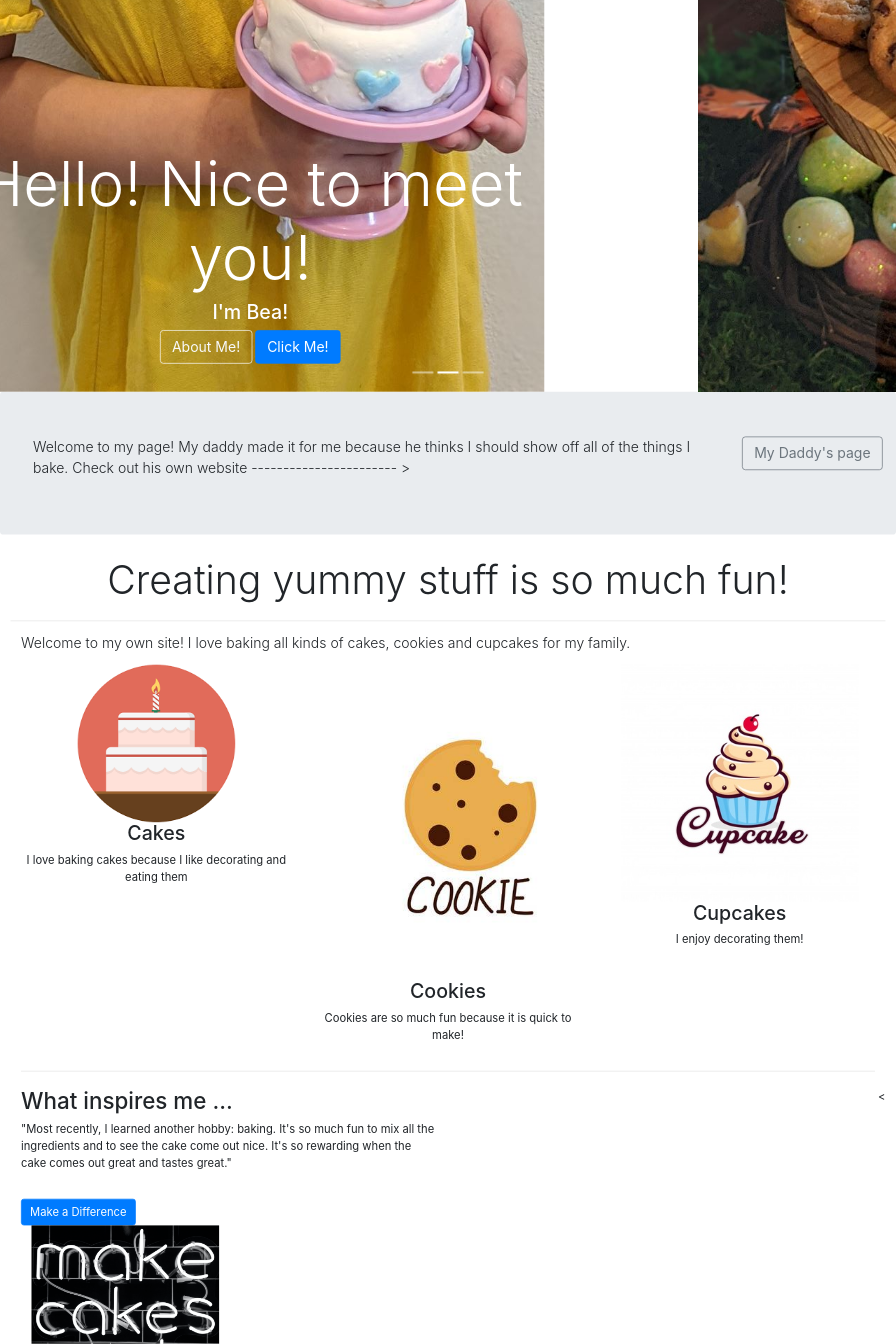
Repository: djzaragoza/Bea-Creation
Page: index.html
An editor plug-in stored every save of this project. The page is shown before and after the next save, followed by the edit.
The browser window is 1280 px wide. The pictures show the part of the page from y = 1381 to 3301 px (the page is 3301 px tall), at 70% of full size.
Some web libraries are served in a nearby version.

Above is the page before, as saved 2020-04-07 21:11:55.

### index.html
<!DOCTYPE html>
<html lang="en">
<head>
    <meta charset="utf-8">
    <meta name="viewport" content="width=device-width, initial-scale=1">
    <title>Bea's Creation</title>
    <link rel="stylesheet" href="https://maxcdn.bootstrapcdn.com/bootstrap/4.0.0/css/bootstrap.min.css">
    <script src="https://ajax.googleapis.com/ajax/libs/jquery/3.3.1/jquery.min.js"></script>
    <script src="https://cdnjs.cloudflare.com/ajax/libs/popper.js/1.12.9/umd/popper.min.js"></script>
    <script src="https://maxcdn.bootstrapcdn.com/bootstrap/4.0.0/js/bootstrap.min.js"></script>
    <script src="https://use.fontawesome.com/releases/v5.0.8/js/all.js"></script>
    <link rel="style.css" rel="stylesheet">
</head>
<body>

<!-- navigation -->
<nav class="navbar navbar-expand-md navbar-light bg-light sticky-top">
<div class="container-fluid">
    <a class="navbar-brand" href="#"><img src=""></a>
    <button class="navbar-toggler" type="button" data-toggle="collapse" data-target="#navbarResponsive">
        <span class="navbar-toggler-icon"></span>
    </button>
    <div class="collapse navbar-collapse" id="navbarResponsive">
        <ul class="navbar-nav ml-auto">
            <li class="nav-item active">
                <a class="nav-link" href="#">Home</a>
            </li>
            <li class="nav-item">
                <a class="nav-link" href="#">Cakes</a>
            </li>
            <li class="nav-item">
                <a class="nav-link" href="#">Cupcakes</a>
            </li>
            <li class="nav-item">
                <a class="nav-link" href="#">Cookies</a>
            </li>
        </ul>
    </div>

</div>


</nav>


<!-- image slider -->
<div id="slides" class="carousel slide" data-ride="carousel">
    <ul class="carousel-indicators">
        <li data-target="#slides" data-slide-to="0" class="active"></li>
        <li data-target="#slides" data-slide-to="1">
        <li data-target="#slides" data-slide-to="2">
    </ul>
    <div class="carousel-inner">
        <div class="carousel-item active">
            <img src="img/bea_cover_photo.jpg">
            <div class="carousel-caption">
                <h1 class="display-2">Hello! Nice to meet you!</h1>
                <h3>I'm Bea!</h3>
                <button type="button" class="btn btn-outline-light btn-lg">About Me!</button>
                <button type="button" class="btn btn-primary btn-lg">Click Me!</button>
            </div>
        </div>
        <div class="carousel-item">
            <img src="img/bea_home_cookies.jpg">
        </div>
        <div class="carousel-item">
            <img src="img/bea_home_cupcakes.jpg">
        </div>
    </div>
</div>


<!-- jumbotron -->
<div class="container-fluid">
    <div class="row jumbotron">
        <div class="column-xs-12 col-sm-12 col-md-9 col-lg-9 col-xl-10">
            <p class="lead">Welcome to my page!  My daddy made it for me because he thinks I should show off all of the things I bake.  Check out his own website      ----------------------- > </p>
        </div>
        <div class="col-xs-12 col-sm-12 col-md-3 col-lg-3 col-xl-2">
            <a href="https://www.djzaragoza.dev" target="_blank"><button type="button" class="btn btn-outline-secondary btn-lg">My Daddy's page</button></a>
        </div>

    </div>
</div>

<!-- welcome section -->

<div class="container-fluid padding">
<div class="row welcome text-center">
    <div class="col-12">
        <h1 class="display-4">Creating yummy stuff is so much fun!</div>
    </div>
    <hr>
    <div class="col-12">
        <p class="lead">Welcome to my own site!  I love baking all kinds of cakes, cookies and cupcakes for my family.</p>
    </div>
<div>
</div>

<!-- three column section -->
<div class="container-fluid padding">
<div class="row text-center padding">
    <div class="col-xs-12 col-sm-6 col-md-4">
        <img src="img/cake_icon.png">
        <h3>Cakes</h3>
        <p>I love baking cakes because I like decorating and eating them</p>
    </div>
    <div class="col-xs-12 col-sm-6 col-md-4">
        <img src="img/cookie_icon.jpg">
        <h3>Cookies</h3>
        <p>Cookies are so much fun because it is quick to make!</p>
    </div>
    <div class="col-sm-12 col-md-4">
        <img src="img/cupcake_icon.jpg">
        <h3>Cupcakes</h3>
        <p>I enjoy decorating them!</p>
    </div>
</div>
<hr class="my-4">
</div>

<!-- two column section -->

<div class="container-fluid padding">
    <div class="row padding">
        <div class="col-md-12 col-lg-6">
            <h2>What inspires me ...</h2>
            <p>"Most recently, I learned another hobby: baking.  It's so much fun to mix all the ingredients and to see the cake come out nice.  It's so rewarding when the cake comes out great and tastes great."
            </p>
            <br>
            <a href="https://www.icingsmiles.org" target="_blank" class="btn btn-primary">Make a Difference</a>
        <div>
        <div class="col-lg-6">
            <img src="img/family_baking_icon.jpg" class="img-fluid">
        </div>
    </div>
</div>
<hr class="my-4">
<!-- fixed background -->
<figure>
    <div class="fixed-wrap">
        <div id="fixed">
        </div>
    </div>
</figure>


<!-- emoji section -->
<

<!-- meet the team -->

<!-- cards -->

<!-- two column section -->







</body>



</html>

After the next save:
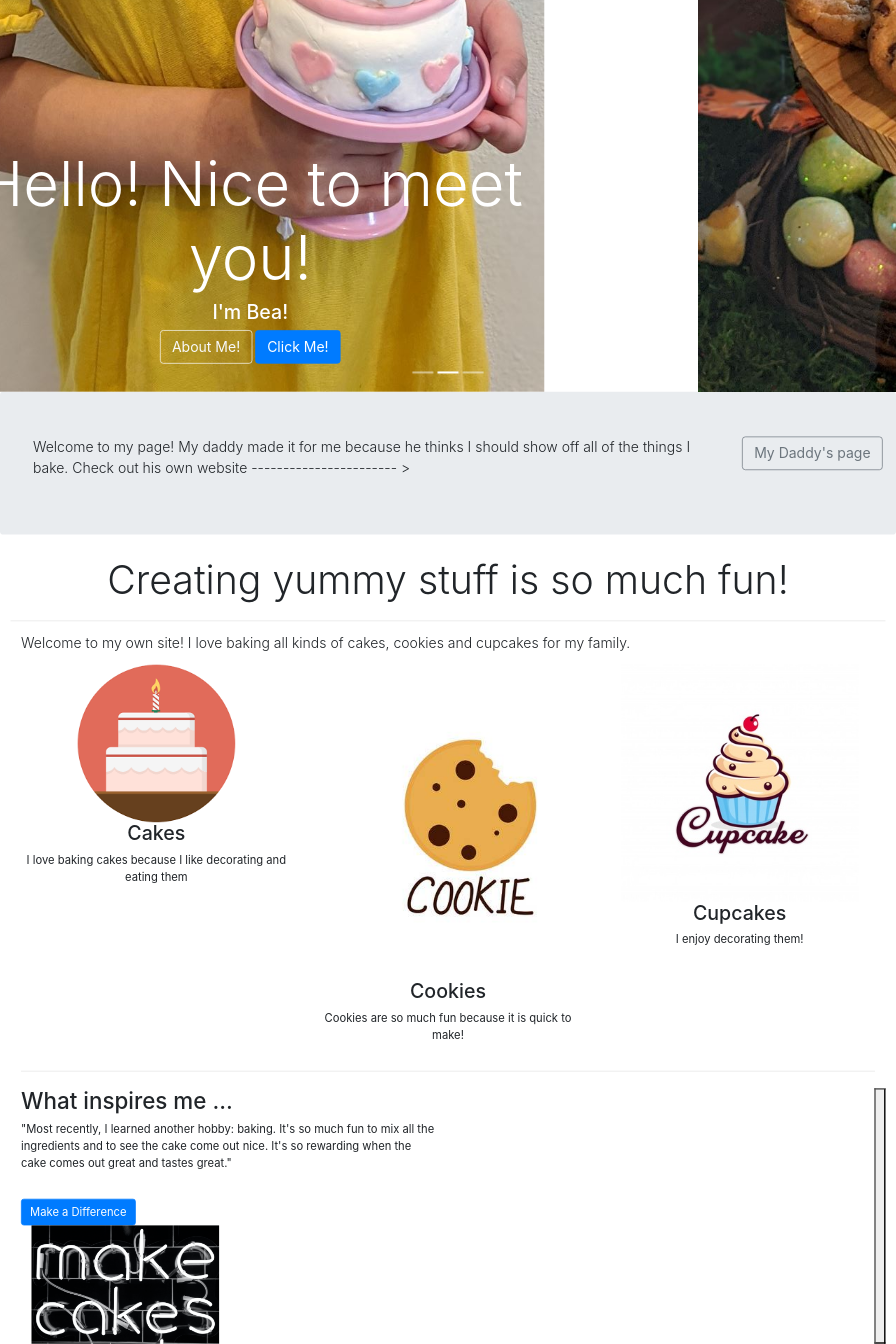
Saved 4 s later.
--- a/index.html
+++ b/index.html
@@ -146,7 +146,7 @@
 
 
 <!-- emoji section -->
-<
+<button
 
 <!-- meet the team -->
 
